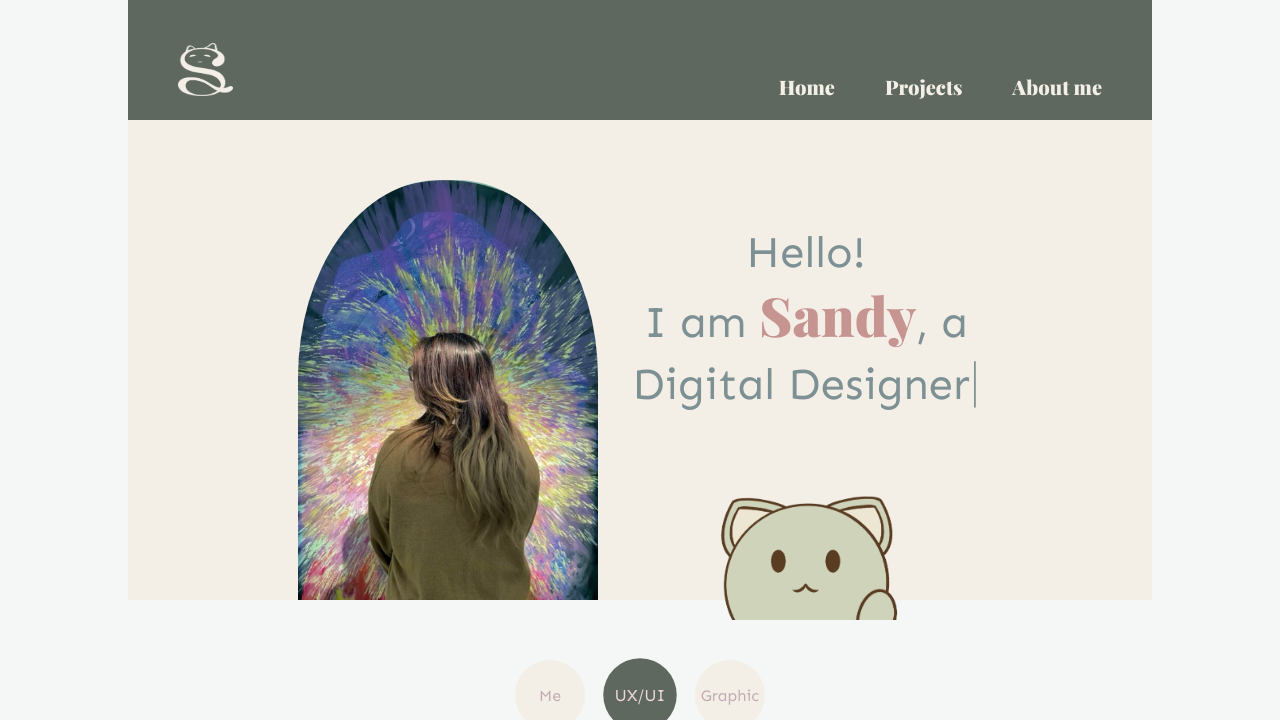
Repository: SandyLy453/portfolio
Page: /
An editor plug-in stored every save of this project. The page is shown before and after the next save, followed by the edit.
The browser window is 1280 px wide. The pictures show the whole page.
An inner scrolling area shows only its first screen. The project was rebuilt for these pictures with package versions that can differ from the ones it lists, and the page was loaded fresh each time. The framework's server and built-in components were replaced by stand-ins that run in the browser. Also part of the build but not shown: next.config.mjs, modules/Footer/Footer.module.css, modules/Footer/Footer.js, modules/ProjectCard/ProjectCard.module.css, modules/ProjectCard/Projectcard.js.

Above is the page before, as saved 2025-02-17 18:05:16.

### pages/_app.js
import { useEffect } from "react";
import { useRouter } from "next/router";
import { Playfair_Display, Sen } from 'next/font/google';
import '../styles/globals.css';

const playfairDisplay = Playfair_Display({
  weight: ['400', '900'],
  style: ['normal', 'italic'],
  subsets: ['latin'],
});

const sen = Sen({
  weight: ['400', '700', '800'],
  subsets: ['latin'],
});

export default function App({ Component, pageProps }) {

  const router = useRouter();

  useEffect(() => {
    const handleRouteChangeComplete = (url) => {
        if (url.startsWith("/projects")) {
            window.location.reload();
        } else if (url.startsWith("/project")) {
          window.location.reload();
        }
    };

    router.events.on("routeChangeComplete", handleRouteChangeComplete);

    return () => {
        router.events.off("routeChangeComplete", handleRouteChangeComplete);
    };
}, [router]);


  return (
    <main className={`${playfairDisplay.className} ${sen.className}`}>
      <Component {...pageProps} />
    </main>
  )
}

### pages/_document.js
import { Html, Head, Main, NextScript } from "next/document";


export default function Document() {
  return (
    <Html lang="en">
      <Head>
        <title>San San's Tea Room</title>
        <link rel="icon" href="/favicon.ico" />

        <link rel="preconnect" href="https://fonts.googleapis.com" />
        <link rel="preconnect" href="https://fonts.gstatic.com" crossorigin="anonymous" />
        <link
          href="https://fonts.googleapis.com/css2?family=Playfair+Display:wght@400;900&family=Sen:wght@400;700;800&display=swap"
          rel="stylesheet"
        />
      </Head>
      <body>
        <Main />
        <NextScript />
      </body>
    </Html>
  );
}

### pages/index.js
import Image from "next/image";
import Link from "next/link";
import styles from "@/styles/Home.module.css";
import { useState, useEffect } from "react";
import Header from "@/modules/Header/Header";
import Footer from "@/modules/Footer/Footer";
import ProjectCard from "@/modules/ProjectCard/Projectcard";
import ShowCase from "@/modules/ShowCase/ShowCase";

export default function Home() {

  const projects = [
    {
      photos: ["/aether-cover.png"],
      alt: "Aether cover",
      title: "Aether",
      description: "Case Study - A AI-powered form-filling app",
      date: "September 2024 - December 2024",
      link: "/projects/Aether",
    },
    {
      photos: ["/post1.png", "/post2.png", "/post3.png"],
      alt: "Poster slides show",
      title: "Poster design",
      description:
        "Product design - Series of posters based on the anime/ manga Detective Conan.",
      date: "December 2024",
      link: "/projects/Poster",
    },
    {
      photos: ["/can1.png", "/can2.png", "/can3.png"],
      alt: "Can design slide show",
      title: "DiLo Tea Can",
      description: "Product design - Tea Can",
      date: "November 2024",
      link: "/projects/CanDesign",
    },
    {
      photos: ["/mockup2.png"],
      alt: "Magazine cover",
      title: "Magazine",
      description: "Magazine design - An architectural magazine",
      date: "November 2024",
      link: "/projects/Magazine",
    },
    {
      photos: ["/clotho.png"],
      alt: "Clotho app",
      title: "Clotho",
      description: "Clotho - A closet organize app",
      date: "March 2024 - May 2024",
      link: "/projects/Clotho",
    },
    {
      photos: ["/cam.png"],
      alt: "Camera vector graphic",
      title: "Mechanical Object Vector Graphic",
      description: "Using vector to draw mechanical objects",
      date: "December 2023",
      link: "/projects/MechanicalObject",
    },
  ];

  const [visibleProjects, setVisibleProjects] = useState(6);

  const roles = ["UX/UI Designer", "Digital Designer", "Web Developer"];
  const [text, setText] = useState("");
  const [index, setIndex] = useState(0);
  const [charIndex, setCharIndex] = useState(0);
  const [deleting, setDeleting] = useState(false);

  useEffect(() => {
    const currentRole = roles[index];

    let timeout;

    if (deleting) {
      timeout = setTimeout(() => {
        setText(currentRole.substring(0, charIndex - 1));
        setCharIndex((prev) => prev - 1);
      }, 50);
    } else {
      timeout = setTimeout(() => {
        setText(currentRole.substring(0, charIndex + 1));
        setCharIndex((prev) => prev + 1);
      }, 100);
    }

    if (!deleting && charIndex === currentRole.length) {
      setTimeout(() => setDeleting(true), 1000);
    } else if (deleting && charIndex === 0) {
      setDeleting(false);
      setIndex((prevIndex) => (prevIndex + 1) % roles.length);
    }

    return () => clearTimeout(timeout);
  }, [charIndex, deleting, index, roles]);

  return (
    <>
      <Header/>

      <main className={styles.main}>
        <div className={styles.top}>
          <div className={styles.image}>
            <Image src={'/cover.jpeg'} alt="cover photo" className={styles.coverPhoto} width={300} height={420} />
          </div>

          <div className={styles.info}>
            <p className={styles.role}>Hello!</p>
            <p className={styles.role}>I am <span className={styles.name}>Sandy</span>, a</p>
            <p className={styles.role}>
              {text}
              <span className={styles.cursor}>|</span>
            </p>
            <Image src={'/hi.GIF'} alt="greeting gif" className={styles.gif} width={294} height={129} />
          </div>
        </div>

        <ShowCase/>

        <div className={styles.sectionBreaker}>
          <span> Let's connect! </span>
        </div>

        <div className={styles.connect}>
          <Link
            className={styles.link}
            href={"mailto:sandy.lyth453@gmail.com"}
            target="_blank"
          >
            <p className={styles.connectInfo}>Email</p>
          </Link>
          <Link
            className={styles.link}
            href={"https://www.instagram.com/sansan_lyth?igsh=MThxOTR1ZTlyY3R1dw%3D%3D&utm_source=qr"}
            target="_blank"
          >
            <p className={styles.connectInfo}>Instagram</p>
          </Link>
          <Link
            className={styles.link}
            href={"https://www.linkedin.com/in/boisan-sandy-ly/"}
            target="_blank"
          >
            <p className={styles.connectInfo}>LinkedIn</p>
          </Link>
          <Link
            className={styles.link}
            href={"/Sandy_Ly_Resume.pdf"}
            target="_blank"
          >
            <p className={styles.connectInfo}>Resume</p>
          </Link>
        </div>
      </main>

      <footer className={styles.footer}>
        <p className={styles.copyright}>© Made by Sandy Ly • 2025</p>
      </footer>
    </>
  );
}

### styles/globals.css
:root {
  --mauveMorn: #ecd6d6;
  --mauveShadow: #B59BA6;
  --moss: #5E7975;
  --brightWhite: #f5f7f6;
  --white: #fff;

  --spaBlue: #D3DEDF;
  --forest: #5E685E;
  --midnight: #3D4D55;
  --stormCloud: #676767;
  --cream: #f4EFE6;
  --cloud: #FEFCF6;
}

html,
body {
  padding: 0;
  margin: 0;
  background-color: #f5f7f6;
  width: 100vw;
  height: 100vh;
  overflow-x: hidden;
  scroll-behavior: auto;

  font-family: "Playfair Display", serif;
  font-optical-sizing: auto;
  color: var(--stormCloud);
  cursor: url('/hehe.webp') 16 16, auto;
}

header {
  margin: 0;
  padding: 0;
  box-sizing: border-box;
}

* {
  margin: 0;
  padding: 0;
  box-sizing: border-box; /* Reset styles for all elements */
}

h1, h2, h3, h4, h5, span {
  font-family: "Playfair Display", serif;
}

a, button {
  cursor: url('/haha.webp') 16 16, pointer;
}

### styles/Home.module.css
.page {
  margin: 0;
  padding: 0;
}

.main {
  min-height: 100vh;
  width: 70vw;
  margin: auto;
  margin-top: 0;
  margin-top: 120px;
}

.top {
  width: 100%;
  min-height: 480px;
  background-color: var(--cream);
  align-items: center;
  display: flex;
  flex-direction: row;
  padding: 0;
  flex-wrap: wrap;
  justify-content: center;
}

.coverPhoto {
  border-radius: 47% 47% 0 0;
  margin: 0 6rem;
  position: relative;
  bottom: -30px;
}

.info {
  text-align: center;
  margin-top: 100px;
  width: 30vw;
}

.name {
  font-size: 54px;
  color: #C69491;
  font-weight: 600;
  font-family: "Playfair Display", serif;
}

.role {
  font-size: 44px;
  color: #7D9094;
  font-weight: 500;
}

.loca {
  font-size: 20px;
  color: #7D9094;
  padding-top: 10px;
}

.gif {
  position: relative;
  bottom: -36px;
}

.sectionBreaker {
  display: flex;
  align-items: center;
  justify-content: center;
  margin: 40px 0;
  position: relative;
}

.sectionBreaker::before,
.sectionBreaker::after {
  content: "";
  flex: 1;
  height: 2px;
  background: #d3d3d3;
  margin: 0;
}

.sectionBreaker span {
  color: #7D9094;
  margin: 0 10px;
  font-size: 20px;
  font-style: italic;
}

.pjSection {
  display: flex;
  flex-direction: row;
  flex-wrap: wrap;
  justify-content:space-between;
  align-items: flex-start;
  margin: 0 auto;
  margin-bottom: 50px;
  gap: 1rem;
  max-width: 1350px;
}

.connect {
  margin-bottom: 200px;
}

.link {
  text-decoration: none;
  color: var(--mauveShadow);
  width: 100%;
  font-weight: 500;
}

.link:hover {
  color: var(--forest);
  font-weight: 900;
}

.connectInfo {
  font-size: 54px;
  margin: 20px 0;
  font-family: "Playfair Display", serif;
  position: relative;
  display: inline-block;
  padding: 10px 20px;
  text-decoration: none;
  width: 100%;
  overflow: hidden;
  transition: color 0.3s ease-in-out, font-weight 0.3s ease-in-out;
  font-weight: 500;
}

.connectInfo::before {
  content: "";
  position: absolute;
  top: 0;
  left: -100%;
  width: 100%;
  height: 100%;
  background: linear-gradient(to right, rgba(0, 0, 0, 0.1), rgba(0, 0, 0, 0.3));
  transition: left 0.4s ease-in-out;
  z-index: -1; /* Ensure background does not cover text */
}

/* Make background visible when hovering */
.connectInfo:hover::before,
.connectInfo:active::before {
  left: 0;
}

/* Text color and weight on hover */
.connectInfo:hover {
  color: var(--forest); /* Hover text color */
  font-weight: 900;
}

/* Arrow effect */
.connectInfo::after {
  content: " →";
  opacity: 0;
  position: absolute;
  right: 10px;
  top: 50%;
  transform: translateY(-50%);
  transition: opacity 0.3s ease-in-out, transform 0.3s ease-in-out;
  color: var(--forest); /* Match hover color */
}

/* Show arrow and move slightly right when hovering */
.connectInfo:hover::after,
.connectInfo:active::after {
  opacity: 1;
  transform: translate(8px, -50%);
}


.footer {
  margin-bottom: 20px;
}

.copyright {
  text-align: center;
  font-style: italic;
  color: var(--forest);
  width: 100%;
}





@media screen and (max-width: 1460px) {
  .pjSection {
    gap: 20px;
  }

  .main {
    width: 80vw;
  }

  .coverPhoto {
    margin: 0 1rem;
    bottom: -32px;
  }

  .info {
    margin-top: 50px;
  }

  .gif {
    bottom: -5rem;
  }

  .name {
    font-size: 54px;
  }

  .role {
    font-size: 44px;
  }

  .loca {
    font-size: 18px;
  }

  .pjSection {
    gap: 15px;
    justify-content: center;
  }
}



@media screen and (max-width: 768px) {
  .main {
    width: 100vw;
  }

  .coverPhoto {
    margin: 0 auto;
    bottom: -20px;
    width: 70vw;
    height: auto;
  }

  .info {
    margin-top: 50px;
    width: 90vw;
  }

  .name {
    font-size: 36px;
  }

  .role {
    font-size: 20px;
  }

  .loca {
    font-size: 18px;
  }

  .pjSection {
    gap: 15px;
    justify-content: center;
  }

  .gif {
    position: relative;
    bottom: -4px;
    margin-top: 10px;
  }
}

### modules/Header/Header.js
import Image from "next/image";
import Link from "next/link";
import styles from './Header.module.css';
import { useState, useRef } from "react";

export default function Header() {
    const audioRef = useRef(null);
    const [menuOpen, setMenuOpen] = useState(false);

    const playSound = () => {
        if (audioRef.current) {
            audioRef.current.currentTime = 0;
            audioRef.current.play().catch(error => console.log("Audio playback error:", error));
        }
    };

    return (
        <header className={`${styles.header} ${menuOpen ? styles.headerExpanded : ""}`}>
            {/* Logo */}
            <div className={styles.logoBox}>
                <Link href={'/'}>
                    <Image
                        src={'/logo.png'}
                        alt="logo"
                        className={styles.logo}
                        width={55}
                        height={53}
                        onMouseEnter={playSound}
                    />
                </Link>
            </div>

            <button className={styles.hamburger} onClick={() => setMenuOpen(!menuOpen)}>
                <Image
                    src={menuOpen ? "/menuOpen.png" : "/menuIcon.png"}
                    alt="Menu Toggle"
                    width={30}
                    height={21}
                />
            </button>

            <nav className={`${styles.menu} ${menuOpen ? styles.menuExpanded : ""}`}>
                <p className={styles.menuOption}><Link href={'/'} className={styles.link}>Home</Link></p>
                <p className={styles.menuOption}><Link href={'/project'} className={styles.link}>Projects</Link></p>
                <p className={styles.menuOption}><Link href={'/about'} className={styles.link}>About me</Link></p>
            </nav>

            <audio ref={audioRef} src="/cat.wav" preload="auto"></audio>
        </header>
    );
}

### modules/ShowCase/ShowCase.js
import Image from "next/image";
import { useState, useEffect, useRef } from "react";
import styles from './ShowCase.module.css';
import Link from "next/link";

export default function ShowCase() {
    const tags = ["Me", "UX/UI", "Graphic"];
    const images = {
        "Me": "/me.png",
        "UX/UI": "/uxui.png",
        "Graphic": "/3can.png",
    };
    const bigText = ["Sandy", "App Design", "Graphic Design"];
    const smallText = [
        "",
        "",
        ""
    ];
    const linkPath = ["/about", "/project", "/project"];
    const linkText = ["About Me →", "See More Project →", "See More Project →"];

    const [activeIndex, setActiveIndex] = useState(0);
    const [isFading, setIsFading] = useState(false);
    const [isPaused, setIsPaused] = useState(false);
    const intervalRef = useRef(null);

    const startLoop = () => {
        clearInterval(intervalRef.current);
        intervalRef.current = setInterval(() => {
            setIsFading(true);
            setTimeout(() => {
                setActiveIndex((prevIndex) => (prevIndex + 1) % tags.length);
                setIsFading(false);
            }, 500);
        }, 4000);
    };

    useEffect(() => {
        if (!isPaused) startLoop();
        return () => clearInterval(intervalRef.current);
    }, [isPaused]);

    const handlePause = (index) => {
        clearInterval(intervalRef.current);
        setIsPaused(true);
        setActiveIndex(index);
        setIsFading(false);
    };

    const handleResume = () => {
        setIsPaused(false);
    };

    return (
        <div className={styles.container}>
            <div className={styles.tagBox}>
                {tags.map((tag, index) => (
                    <div
                        key={tag}
                        className={`${styles.tag} ${activeIndex === index ? styles.active : ""}`}
                        onMouseEnter={() => handlePause(index)}
                        onMouseLeave={handleResume}
                        onTouchStart={() => handlePause(index)}
                        onTouchEnd={handleResume}
                    >
                        <p>{tag}</p>
                    </div>
                ))}
            </div>

            <div className={styles.right}>
                <div className={styles.photoBox}>
                    <Image
                        key={tags[activeIndex]}
                        src={images[tags[activeIndex]]}
                        alt={tags[activeIndex]}
                        width={600}
                        height={460}
                        className={`${styles.photo} ${isFading ? styles.fadeOut : styles.fadeIn}`}
                    />

                    <div className={styles.gradient}></div>
                    <div className={styles.text}>
                        <p className={styles.big}>{bigText[activeIndex]}</p>
                        <p className={styles.small}>{smallText[activeIndex]}</p>
                        <Link href={linkPath[activeIndex]} className={styles.littleLink}>
                            {linkText[activeIndex]}
                        </Link>
                    </div>
                </div>

                {/* <div className={styles.loadMoreContainer}>
                    <Link href="/project" passHref>
                        <button className={styles.loadMoreButton}>
                            More Projects
                        </button>
                    </Link>
                </div> */}
            </div>
        </div>
    );
}

### modules/Header/Header.module.css
.header {
    margin: 0 auto;
    width: 70vw;
    height: 120px;
    background-color: var(--forest);
    padding: 20px 50px;
    display: flex;
    flex-direction: row;
    justify-content: space-between;
    align-items: flex-end;
    position: fixed;
    right: 15vw;
    top: 0;
    z-index: 999;
    transition: height 0.3s ease-in-out;
}

.headerExpanded {
    min-height: 250px;
}

.menu {
    display: flex;
    flex-direction: row;
    gap: 50px;
    opacity: 1;
    transition: opacity 0.3s ease-in-out;
}

.menuExpanded {
    display: flex;
    flex-direction: column;
    align-items: flex-end;
    gap: 10px;
    width: 100%;
}


.menuOption {
    font-size: 20px;
    font-weight: 600;
}

.link {
    text-decoration: none;
    color: var(--cream);
    font-family: "Playfair Display", serif;
}

.link:hover {
    color: var(--midnight);
}

.hamburger {
    display: none;
    background: none;
    border: none;
    cursor: pointer;
}


@media screen and (max-width: 1460px) {
    .header {
        width: 80vw;
        right: 10vw;
    }
}

@media screen and (max-width: 768px) {
    .header {
        width: 100vw;
        min-height: 100px;
        right: 0;
        display: flex;
        flex-direction: row;
        align-items: center;
        justify-content: space-between;
        height: auto;
    }

    .hamburger {
        display: block;
        position: absolute;
        right: 20px;
        top: 40px;
        z-index: 10;
    }

    .logo {
        display: block;
        position: absolute;
        left: 20px;
        top: 20px;
        z-index: 10;
    }

    .menu {
        display: none;
        flex-direction: column;
        align-items: center;
        width: 100%;
        opacity: 0;
        transform: scaleY(0);
        transition: transform 0.3s ease-in-out, opacity 0.3s ease-in-out;
    }

    .menuExpanded {
        display: flex;
        opacity: 1;
        transform: scaleY(1);
    }

}

### modules/ShowCase/ShowCase.module.css
.container {
    margin: auto;
    margin-top: 50px;
    display: flex;
    flex-direction: row;
    justify-content: center;
    align-items: center;
    gap: 30px;
}

.tagBox {
    display: flex;
    justify-content: center;
    align-items: center;
    flex-direction: column;
}

.tag, .active {
    width: 100px;
    height: 100px;
    background-color: var(--cream);
    border-radius: 50%;
    display: flex;
    justify-content: center;
    align-items: center;
    margin: 10px;
    cursor: url('/haha.webp') 16 16, pointer;
    transition: background-color 0.3s ease-in-out, transform 0.2s ease-in-out;
}

.tag:hover, .active {
    background-color: var(--forest);
    transform: scale(1.05);
}

.tag p, .active p {
    color: var(--mauveShadow);
    opacity: 80%;
}

.tag:hover p, .active p {
    color: var(--mauveMorn);
    opacity: 100%;
}

.photoBox {
    width: 60vw;
    max-width: 1000px;
    aspect-ratio: 20 / 11;
    position: relative;
    display: flex;
    align-items: center;
    justify-content: center;
    overflow: hidden;
}

.photo {
    width: 100%;
    height: 100%;
    border-radius: 20px;
    object-fit: cover;
    position: absolute;
    transition: opacity 0.5s ease-in-out;
}

.fadeIn {
    opacity: 1;
}

.fadeOut {
    opacity: 0;
}

.loadMoreContainer {
    margin-top: 20px;
    display: flex;
    flex-direction: column;
    justify-content: flex-end;
    align-items: flex-end;
  }

  .loadMoreButton {
    height: 40px;
    width: 150px;
    background-color: var(--cream);
    color: var(--forest);
    border: 1px solid var(--forest);
    font-size: 18px;
    align-items: center;
    border-radius: 10px;
    margin-bottom: 50px;
  }

  .loadMoreButton:hover {
    background-color: var(--forest);
    color: var(--cream);
  }

  .gradient {
    position: absolute;
    top: 0;
    left: 0;
    width: 100%;
    height: 100%;
    background: linear-gradient(360deg, rgba(2,0,36,1) 0%, rgba(255,255,255,0) 55%);
    z-index: 2;
    pointer-events: none;
    border-radius: 20px;
}

.text {
    position: absolute;
    bottom: 0;
    right: 0;
    width: 100%;
    padding: 20px;
    color: white;
    z-index: 3;
    width: 50vw;
    max-width: 1000px;
    text-align: right;
}

.littleLink {
    text-decoration: underline;
    color: white;
    font-style: italic;
    margin: 20px 0;
}

.big {
    font-family: "Playfair Display", serif;
    font-size: 18px;
    margin: 15px 0;
    font-weight: 700;
}

.small {
    font-size: 15px;
    margin: 15px 0;
}

@media screen and (max-width: 1460px) {
    .container {
        flex-direction: column;
    }

    .tagBox {
        flex-direction: row;
    }

    .tag, .active {
        width: 70px;
        height: 70px;
    }

    .photoBox {
        width: 70vw;
    }

    .big {
        font-size: 16px;
    }

    .small,
    .littleLink {
        font-size: 12px;
    }
}

@media screen and (max-width: 768px) {
    .photoBox {
        width: 90vw;
    }

    .big {
        font-size: 12px;
    }

    .small,
    .littleLink {
        font-size: 10px;
    }
}

After the next save:
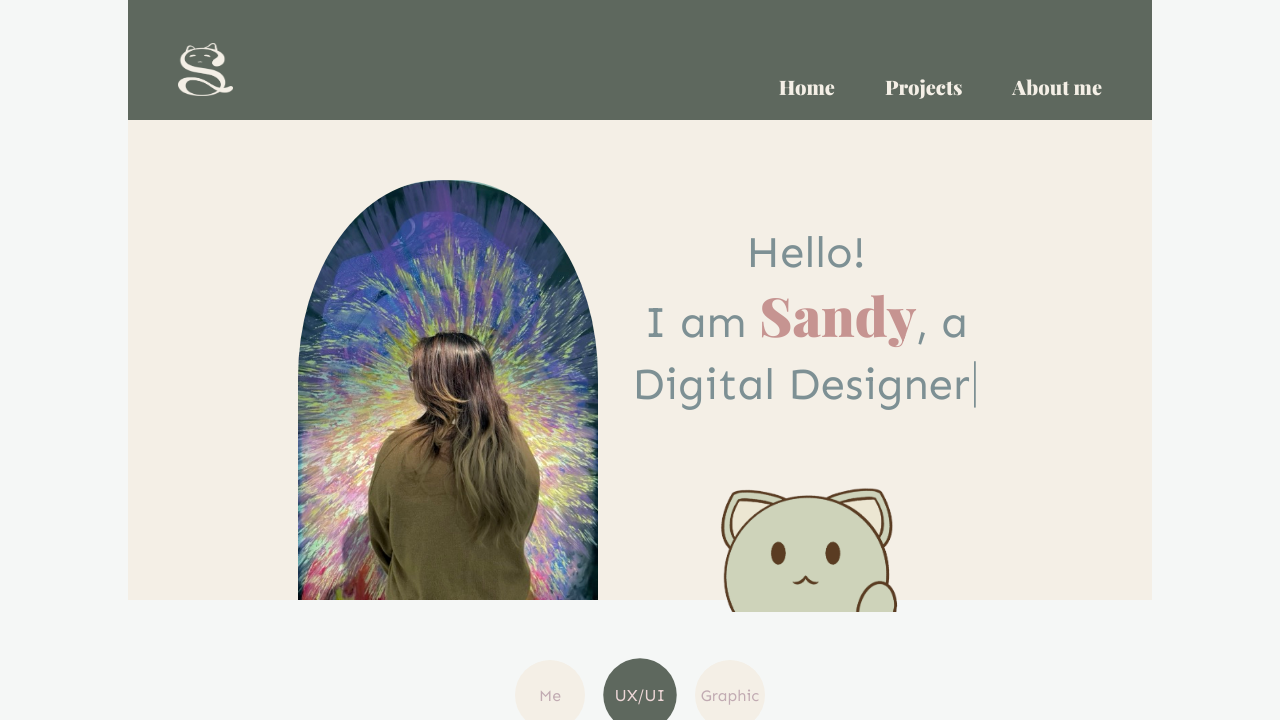
Saved 9 s later.
--- a/styles/Home.module.css
+++ b/styles/Home.module.css
@@ -204,7 +204,7 @@
   }
 
   .gif {
-    bottom: -5rem;
+    bottom: -4.5rem;
   }
 
   .name {
